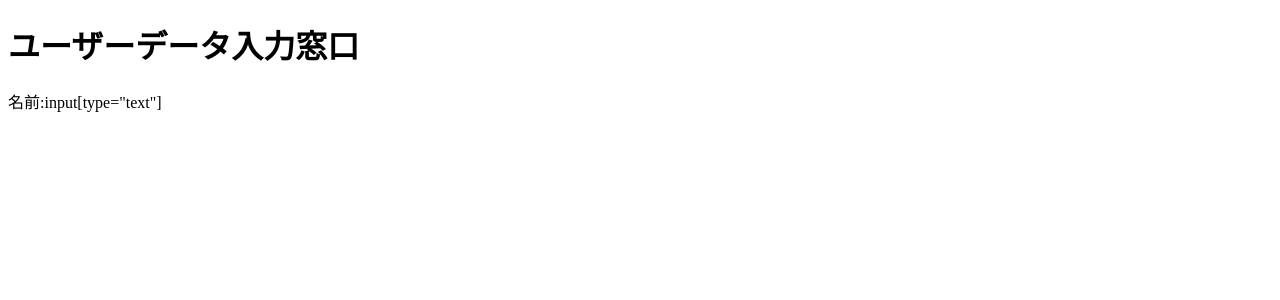
Repository: isopets/next-market
Page: form2.html
An editor plug-in stored every save of this project. The page is shown before and after the next save, followed by the edit.
The browser window is 1280 px wide. The pictures show the whole page.

Above is the page before, as saved 2022-06-08 00:48:14.

### form2.html
<!DOCTYPE html>
<html lang="en">

<head>
    <meta charset="UTF-8">
    <meta http-equiv="X-UA-Compatible" content="IE=edge">
    <meta name="viewport" content="width=device-width, initial-scale=1.0">
    <title>Document</title>
</head>

<body>
    <h1>ユーザーデータ入力窓口</h1>
    <form action="http://localhost:3000/api/user/register" method="POST">
        名前:input[type="text"]
    </form>
</body>

</html>

After the next save:
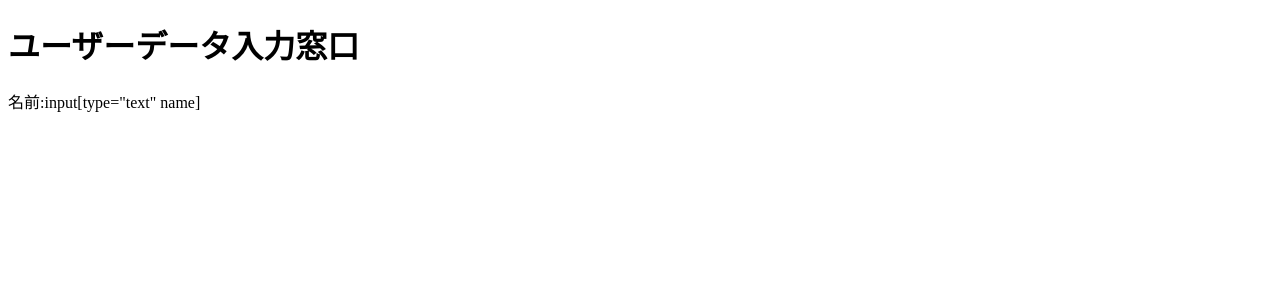
Saved 6 s later.
--- a/form2.html
+++ b/form2.html
@@ -11,7 +11,7 @@
 <body>
     <h1>ユーザーデータ入力窓口</h1>
     <form action="http://localhost:3000/api/user/register" method="POST">
-        名前:input[type="text"]
+        名前:input[type="text" name]
     </form>
 </body>
 
